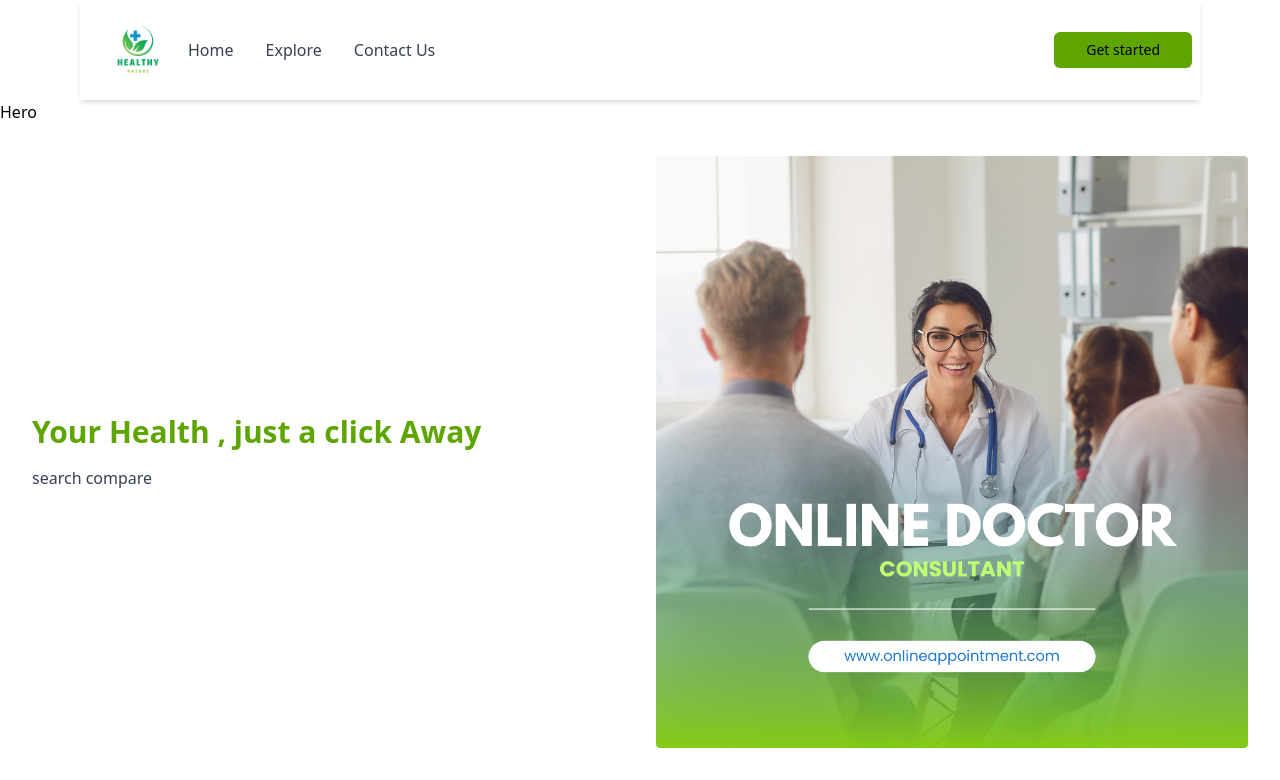
Repository: Muyassar-Mamdoh-Salem/appooinetment_app_frontend
Page: /
These files come from the project's save history. The page is drawn as it stood at one moment and after a run of saves; the edit follows.
The browser window is 1280 px wide. The pictures show the whole page.
The project was rebuilt for these pictures with package versions that can differ from the ones it lists, and the page was loaded fresh each time. The framework's server and built-in components were replaced by stand-ins that run in the browser. Also part of the build but not shown: next.config.mjs.

Above is the page before, as saved 2025-07-03 15:21:12.

After the next 2 saves:
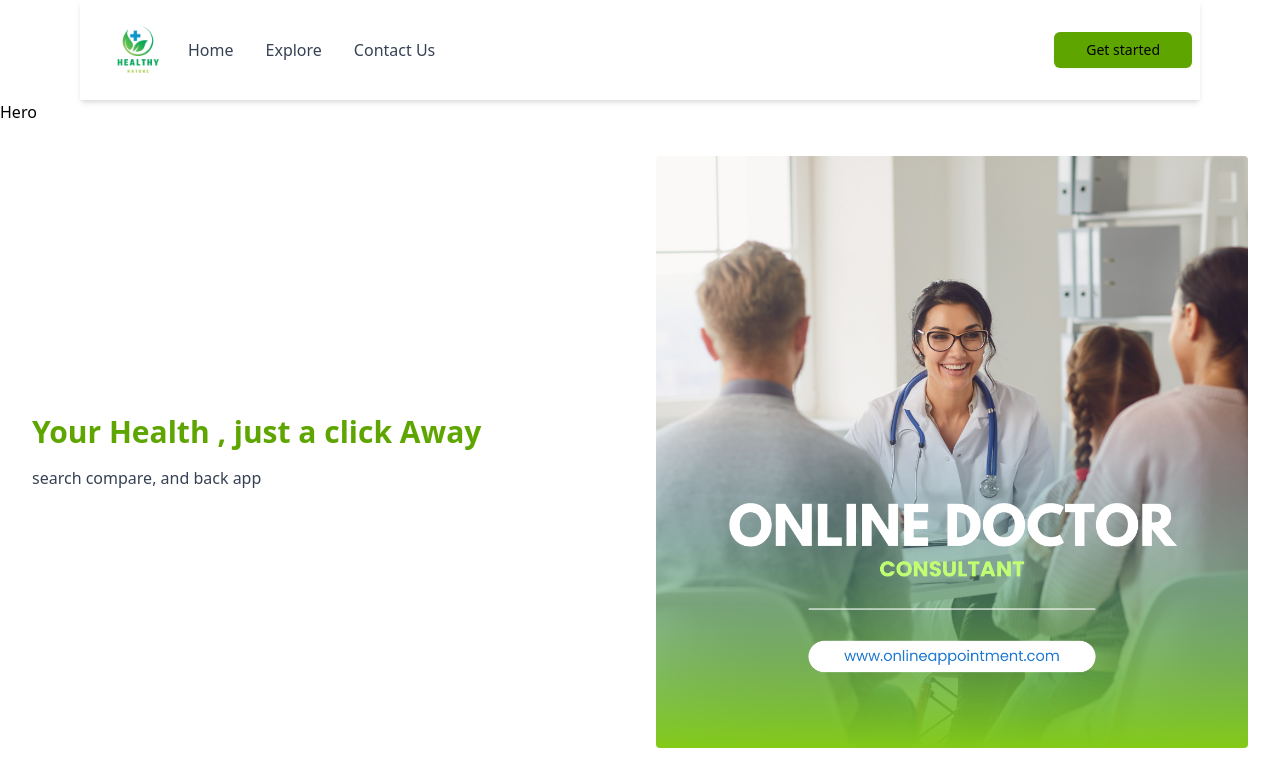
The 2 saves are shown as one change because they came seconds apart.
The last was saved 7 s later.
--- a/app/_compnents/Hero.jsx
+++ b/app/_compnents/Hero.jsx
@@ -13,7 +13,7 @@ function Hero() {
           </h2>
 
           <p className="mt-4 text-gray-700">
-           search compare
+           search compare, and back app
           </p>
         </div>
       </div>
